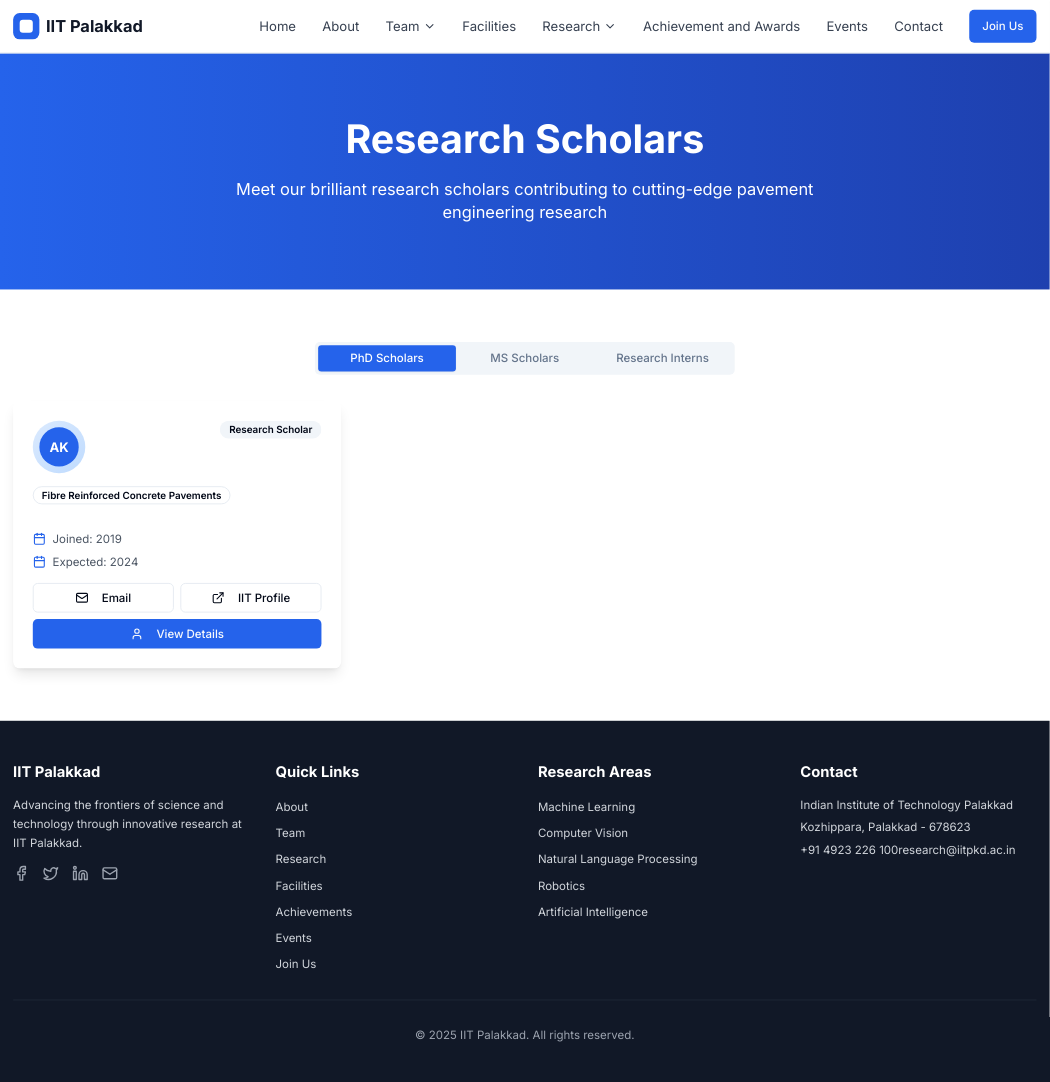
Repository: Gopikrish-30/ARISE
Page: /team/scholars
An editor plug-in stored every save of this project. The page is shown before and after the next save, followed by the edit.
The browser window is 1280 px wide. The pictures show the whole page, at 82% of full size.
The project was rebuilt for these pictures with package versions that can differ from the ones it lists, and the page was loaded fresh each time. The framework's server and built-in components were replaced by stand-ins that run in the browser. Also part of the build but not shown: next.config.mjs, components/ui/dialog.tsx.

Above is the page before, as saved 2025-06-22 23:57:08.

After the next save:
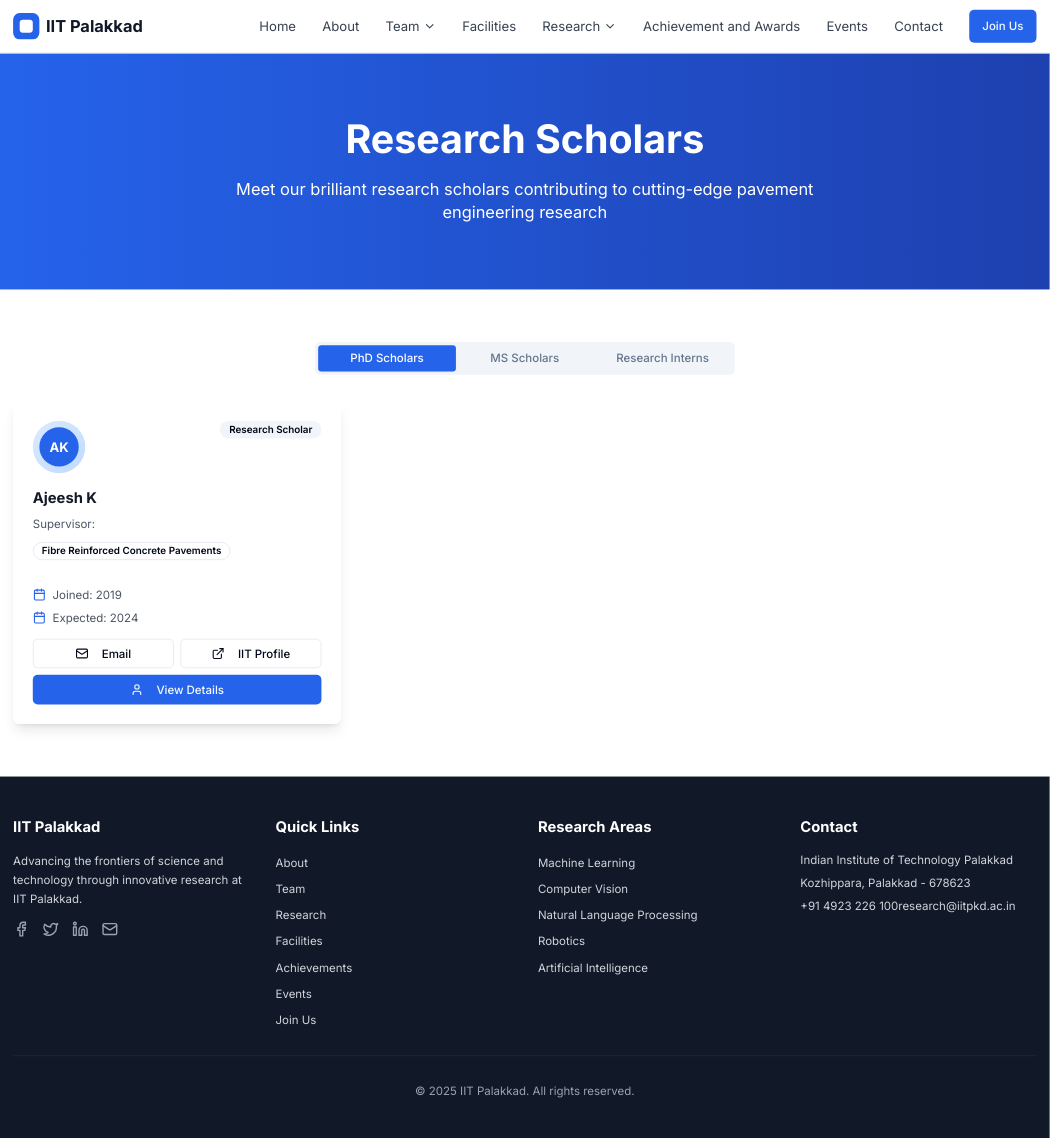
Saved 4 s later.
--- a/components/research-scholars-grid.tsx
+++ b/components/research-scholars-grid.tsx
@@ -115,6 +115,10 @@
           </Badge>
         </div>
 
+        <h3 className="text-lg font-bold text-gray-900 mb-2 group-hover:text-blue-600 transition-colors">
+          {scholar.name}
+        </h3>
+        <p className="text-sm text-gray-600 mb-3">Supervisor: {scholar.supervisor}</p>
 
         <div className="flex flex-wrap gap-1 mb-4">
           {scholar.interests.slice(0, 2).map((interest: string, idx: number) => (
